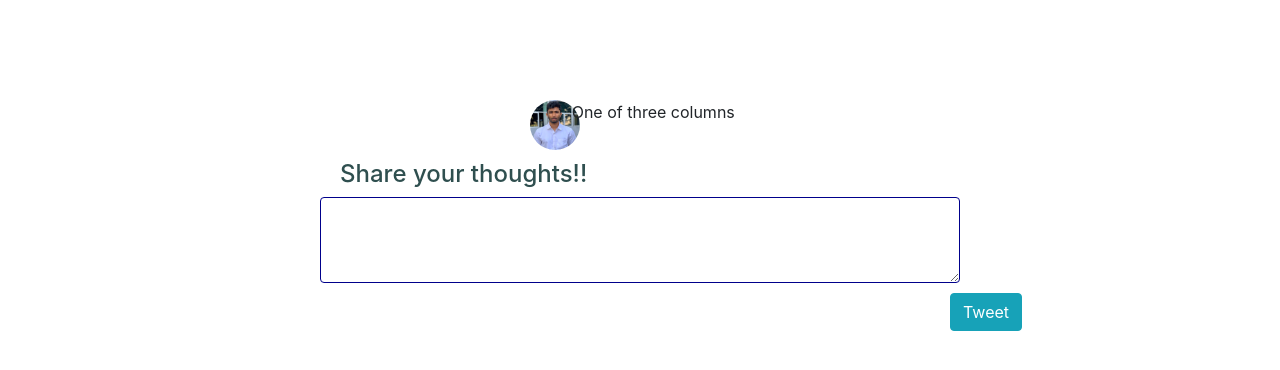
Repository: rashmikagamage/OAuth-Implementation
Page: / (app in frontend/)
These files come from the project's save history. The page is drawn as it stood at one moment and after the next save; the edit follows.
The browser window is 1280 px wide. The pictures show the whole page.
Some web libraries are served in a nearby version. The project was rebuilt for these pictures with package versions that can differ from the ones it lists, and the page was loaded fresh each time. Also part of the build but not shown: frontend/src/components/login.js, frontend/src/components/git-home.js, frontend/src/App.css.

Above is the page before, as saved 2021-09-08 10:43:57.

### frontend/public/index.html
<!DOCTYPE html>
<html lang="en">
  <head>
    <meta charset="utf-8" />
    <link rel="icon" href="%PUBLIC_URL%/favicon.ico" />
    <meta name="viewport" content="width=device-width, initial-scale=1" />
    <meta name="theme-color" content="#000000" />
    <meta
      name="description"
      content="Web site created using create-react-app"
    />
    <link rel="apple-touch-icon" href="%PUBLIC_URL%/logo192.png" />
    <!--
      manifest.json provides metadata used when your web app is installed on a
      user's mobile device or desktop. See https://developers.google.com/web/fundamentals/web-app-manifest/
    -->
    <link rel="manifest" href="%PUBLIC_URL%/manifest.json" />
    <link rel="stylesheet" href="https://pro.fontawesome.com/releases/v5.13.0/css/all.css">
    <link rel="shortcut icon" href="%PUBLIC_URL%/favicon.ico">
    <!--
      Notice the use of %PUBLIC_URL% in the tags above.
      It will be replaced with the URL of the `public` folder during the build.
      Only files inside the `public` folder can be referenced from the HTML.

      Unlike "/favicon.ico" or "favicon.ico", "%PUBLIC_URL%/favicon.ico" will
      work correctly both with client-side routing and a non-root public URL.
      Learn how to configure a non-root public URL by running `npm run build`.
    -->
    <link rel="stylesheet" href="https://maxcdn.bootstrapcdn.com/bootstrap/4.0.0/css/bootstrap.min.css" integrity="sha384-Gn5384xqQ1aoWXA+058RXPxPg6fy4IWvTNh0E263XmFcJlSAwiGgFAW/dAiS6JXm" crossorigin="anonymous">
    <title>React App</title>

  </head>
  <body>

    <noscript>You need to enable JavaScript to run this app.</noscript>
    <div id="root"></div>
    <!--
      This HTML file is a template.
      If you open it directly in the browser, you will see an empty page.

      You can add webfonts, meta tags, or analytics to this file.
      The build step will place the bundled scripts into the <body> tag.

      To begin the development, run `npm start` or `yarn start`.
      To create a production bundle, use `npm run build` or `yarn build`.
    -->
    <script src="https://code.jquery.com/jquery-3.2.1.slim.min.js" integrity="sha384-KJ3o2DKtIkvYIK3UENzmM7KCkRr/rE9/Qpg6aAZGJwFDMVNA/GpGFF93hXpG5KkN" crossorigin="anonymous"></script>
    <script src="https://cdnjs.cloudflare.com/ajax/libs/popper.js/1.12.9/umd/popper.min.js" integrity="sha384-ApNbgh9B+Y1QKtv3Rn7W3mgPxhU9K/ScQsAP7hUibX39j7fakFPskvXusvfa0b4Q" crossorigin="anonymous"></script>
    <script src="https://maxcdn.bootstrapcdn.com/bootstrap/4.0.0/js/bootstrap.min.js" integrity="sha384-JZR6Spejh4U02d8jOt6vLEHfe/JQGiRRSQQxSfFWpi1MquVdAyjUar5+76PVCmYl" crossorigin="anonymous"></script>
  </body>
</html>

### frontend/src/App.js
import Login from './components/login';
import GitHome from './components/git-home';
import TwitterHome from './components/twitter-home';
import {BrowserRouter as Router, Route} from "react-router-dom";
import './App.css';

function App() {
  return (

    <Router>{
      <div>
          <switch>
              <Route path="/login" component={Login}/>
              <Route path="/auth/github/callback" component={GitHome}/>
              <Route path="/" component={TwitterHome}/>
          </switch>
      </div>
  }

  </Router>
  );
}

export default App;

### frontend/src/components/twitter-home.js
import "../css/twitter.css";
import avatar from "../images/my.jpg";
import React, { useState } from "react";
const axios = require("axios").default;

function TwitterHome(props) {

    function tweet(){

    }
  return (
    <div>
      <div class="container avatar-cont">
        <div class="row">
          <div class="col-sm-2">
          <img src={avatar} alt="Avatar" class="avatar"></img>
          </div>
          <div class="col-sm">
          One of three columns
          </div>
        </div>
      </div>

      <h4 class="tweetHeader">Share your thoughts!!</h4>
         <textarea class="form-control text" id="exampleFormControlTextarea1" rows="3"></textarea>
        <button type="button" class="btn btn-info twt-button" onClick={() => tweet()} >Tweet</button>
    </div>
  );
}

export default TwitterHome;

### frontend/src/css/twitter.css
.login{
    width: 240px;
    margin-top: 50px;
    margin-left: 450px;
}
.margin5{
    margin-top: 55px;
}
.buttonSize{
    width: 250px;
    margin-left: 50px;
}
.text{
    margin: auto;
  width: 50%;
  border-color: darkblue;
}
.tweetHeader{
    color:darkslategrey;
    margin-left: 340px;
    margin-top: 10px;
}

.twt-button{
    margin-top: 10px;
    margin-left: 950px;
}

.avatar {
    vertical-align: middle;
    width: 50px;
    height: 50px;
    border-radius: 50%;
  }

.avatar-cont{
    width: 250px;
    margin-top: 100px;
}

Loaded but not shown: frontend/src/index.js (common file); frontend/src/index.css (common file); frontend/src/reportWebVitals.js (common file)

After the next save:
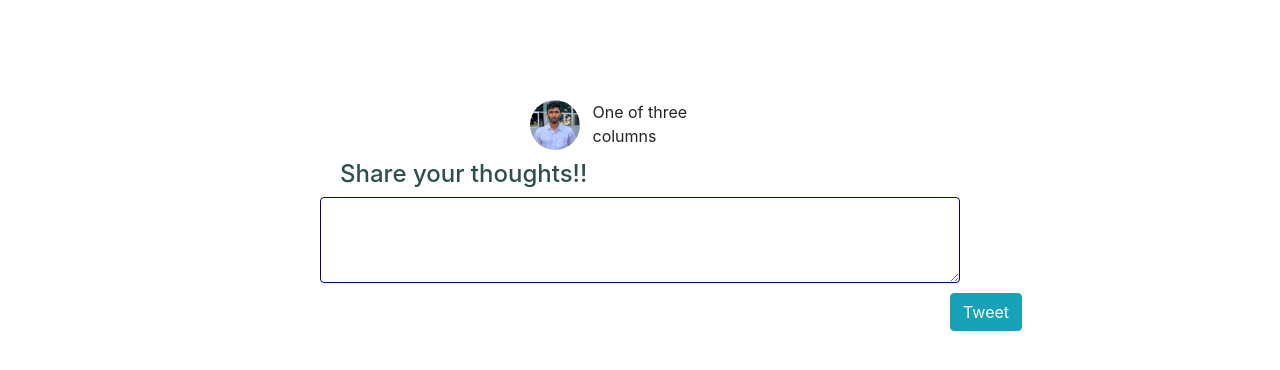
Saved 4 s later.
--- a/frontend/src/components/twitter-home.js
+++ b/frontend/src/components/twitter-home.js
@@ -12,7 +12,7 @@ function TwitterHome(props) {
     <div>
       <div class="container avatar-cont">
         <div class="row">
-          <div class="col-sm-2">
+          <div class="col-sm-3">
           <img src={avatar} alt="Avatar" class="avatar"></img>
           </div>
           <div class="col-sm">
